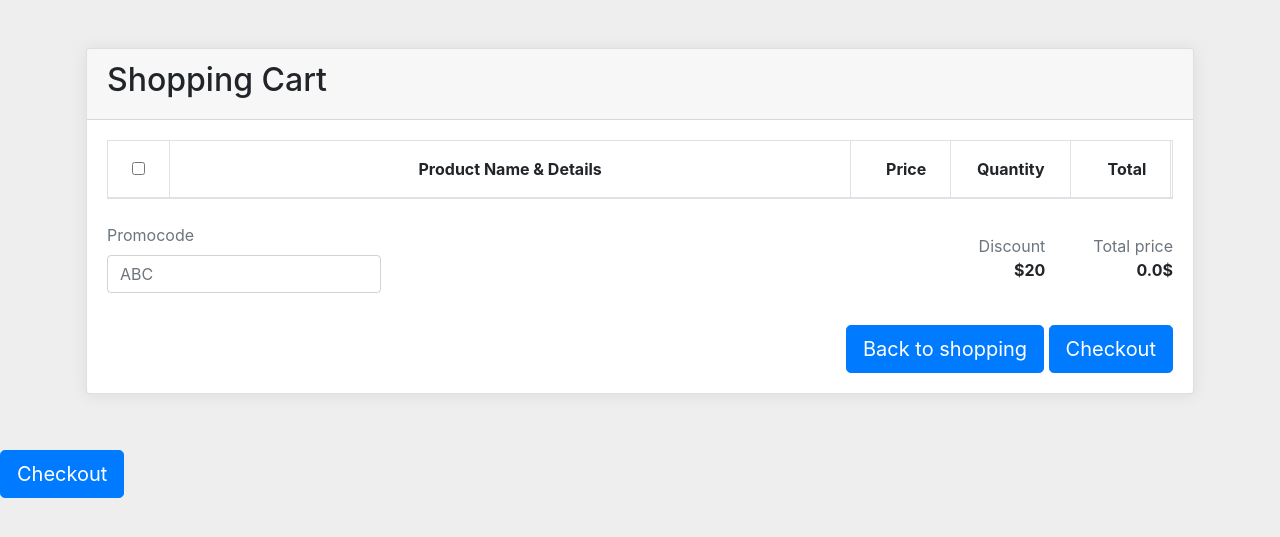
Repository: Szers222/MyProject
Page: http://localhost/MyProject/cart.jsp
The author's editor kept a copy of each file at every save. The page is drawn from the files as they stood at one save, then again after the next save.
The browser window is 1280 px wide. The pictures show the whole page.
Some web libraries are served in a nearby version. The page is served by Tomcat 10. The template is opened directly, without the code that normally fills it, so the values that code supplies are empty.

Above is the page before, as saved 2023-12-13 11:10:13.

After the next save:
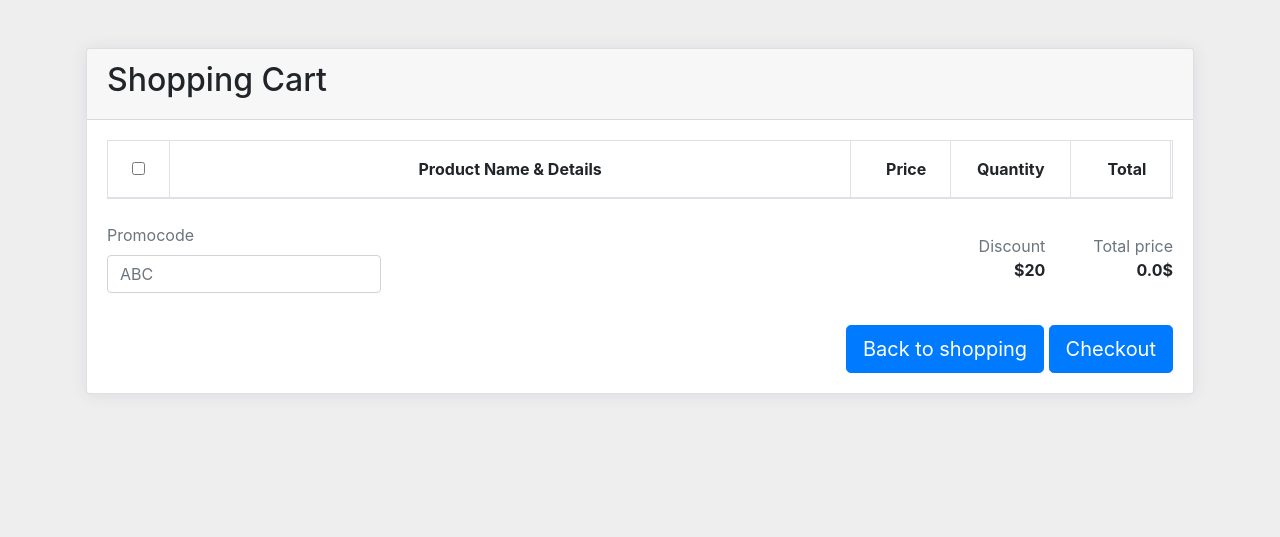
Saved 28 s later.
--- a/MyProject/src/main/webapp/cart.jsp
+++ b/MyProject/src/main/webapp/cart.jsp
@@ -283,68 +283,7 @@ body {
 			</div>
 		</div>
 	</div>
-	<!-- Add the billing address section -->
-<div id="billingAddress" style="display: none;" class="text-center">
-    <h4>Billing Address</h4>
-    <form action="CheckoutServlet" method="post" class="mx-auto" style="max-width: 400px;">
-        <!-- Add billing address form fields here -->
-        <div class="form-group">
-            <label for="firstName">First Name:</label>
-            <input type="text" class="form-control" id="firstName" name="firstName" required>
-        </div>
-        <div class="form-group">
-            <label for="lastName">Last Name:</label>
-            <input type="text" class="form-control" id="lastName" name="lastName" required>
-        </div>
-        <div class="form-group">
-            <label for="address">Address:</label>
-            <input type="text" class="form-control" id="address" name="address" required>
-        </div>
-        <!-- Add other billing address fields as needed -->
-
-        <!-- Submit button for billing address form -->
-        <button type="submit" class="btn btn-primary">Confirm Billing Address</button>
-    </form>
-</div>
-<!-- Add the billing address modal -->
-<div class="modal" id="billingAddressModal" tabindex="-1" role="dialog">
-    <div class="modal-dialog" role="document">
-        <div class="modal-content">
-            <div class="modal-header">
-                <h5 class="modal-title">Billing Address</h5>
-                <button type="button" class="close" data-dismiss="modal" aria-label="Close">
-                    <span aria-hidden="true">&times;</span>
-                </button>
-            </div>
-            <div class="modal-body">
-                <form action="CheckoutServlet" method="post">
-                    <!-- Add billing address form fields here -->
-                    <div class="form-group">
-                        <label for="firstName">First Name:</label>
-                        <input type="text" class="form-control" id="firstName" name="firstName" required>
-                    </div>
-                    <div class="form-group">
-                        <label for="lastName">Last Name:</label>
-                        <input type="text" class="form-control" id="lastName" name="lastName" required>
-                    </div>
-                    <div class="form-group">
-                        <label for="address">Address:</label>
-                        <input type="text" class="form-control" id="address" name="address" required>
-                    </div>
-                    <!-- Add other billing address fields as needed -->
-
-                    <!-- Submit button for billing address form -->
-                    <button type="submit" class="btn btn-primary">Confirm Billing Address</button>
-                </form>
-            </div>
-        </div>
-    </div>
-</div>
-
-<!-- Add a button to trigger the billing address modal -->
-<button type="button" class="btn btn-lg btn-primary mt-2" data-toggle="modal" data-target="#billingAddressModal">
-    Checkout
-</button>
+
 	<script src="https://code.jquery.com/jquery-3.2.1.min.js"></script>
 	<script>
     function showBillingAddress() {
